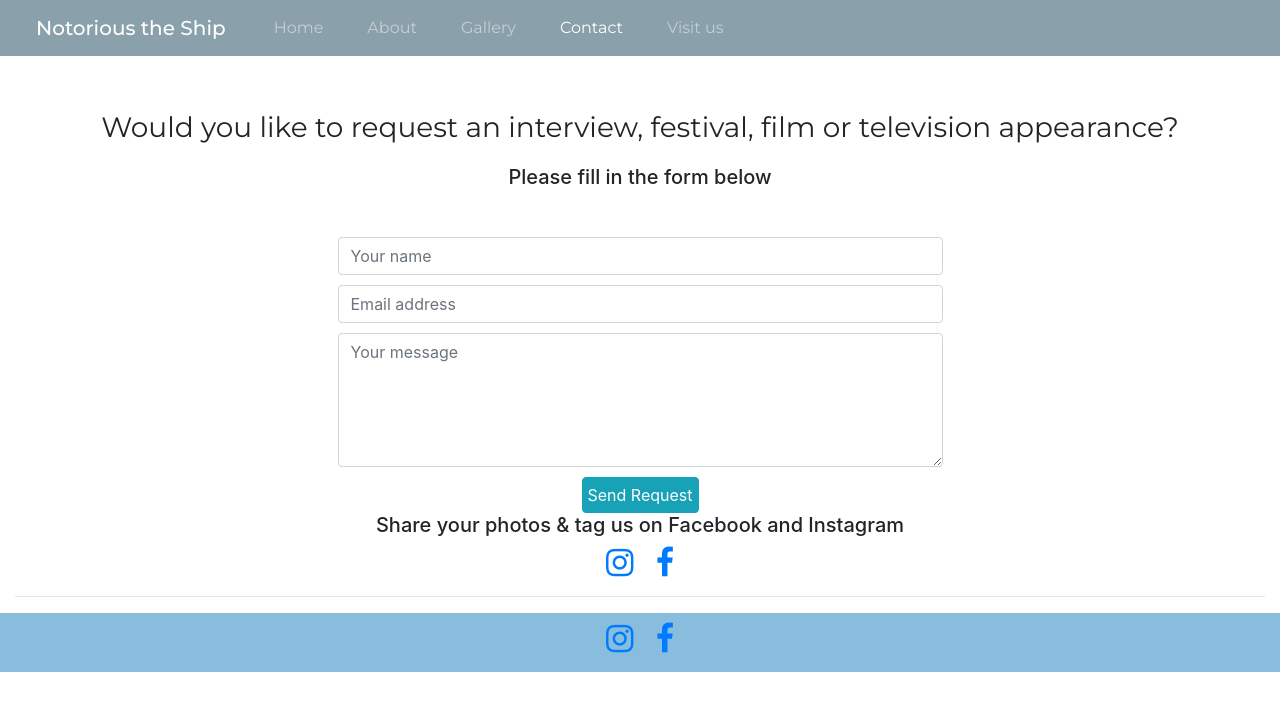
Repository: TSRose/NotorioustheShip
Page: contact.html
The author's editor kept a record of every edit. The page is drawn from the files as they stood at one moment, then again after the next edit.
The browser window is 1280 px wide. The pictures show the whole page.

Above is the page before.

### contact.html
<!DOCTYPE html>
<html lang="en">

<head>
    <meta charset="UTF-8">
    <meta name="viewport" content="width=device-width, initial-scale=1.0">
    <meta http-equiv="X-UA-Compatible" content="ie=edge">
    <link rel="stylesheet" href="https://stackpath.bootstrapcdn.com/bootstrap/4.3.1/css/bootstrap.min.css" type="text/css" />
    <link rel="stylesheet" href="https://stackpath.bootstrapcdn.com/font-awesome/4.7.0/css/font-awesome.min.css">
    <link rel="stylesheet" href="assets/css/style.css" type="text/css">

    <title>Notorious the Ship</title>
</head>

<body>
    <nav class="navbar navbar-dark navbar-expand-sm">
        <a href="index.html" class="navbar-brand">Notorious the Ship</a>
        <button class="navbar-toggler ml-auto" type="button" data-toggle="collapse" data-target="#navbarNavDropdown" aria-controls="navbarNavDropdown" aria-expanded="false" aria-label="Toggle navigation">
      <span class="navbar-toggler-icon"></span></button>
        <div class="collapse navbar-collapse" id="navbarNavDropdown">
            <ul class="navbar-nav mr-auto">
               <li class="nav-item mr-2"><a class="nav-link" href="index.html">Home</a></li>
                <li class="nav-item mr-2"><a class="nav-link" href="about.html">About</a></li>
                <li class="nav-item mr-2"><a class="nav-link" href="gallery.html">Gallery</a></li>
                <li class="active nav-item mr-2"><a class="nav-link" href="contact.html">Contact</a></li>
                <li class="nav-item mr-2"><a class="nav-link" href="open.html">Visit us</a></li>
            </ul>
            </div>
    </nav>

    <section class="container-fluid">
        <div class="row bg-color-contact">
            <div class="col-12">
                <h3 class="contact-heading text-center"> Would you like to request an interview, festival, film or television appearance?</h3>
                <h5 class="text-center">Please fill in the form below </h5>
                <div class="center-form">
                    <form>
                        <input type="text" name="name" id="fullname" class="form-control" placeholder="Your name" required />
                        <input type="email" name="email" id="emailaddress" class="form-control" placeholder="Email address" required />
                        <textarea rows="5" name="websitemessage" id="websitemessage" class="form-control" placeholder="Your message" required /></textarea>
                        <div class="form-row text-center">
                            <div class="col-12">
                                <button type="button" class="btn btn-info">Send Request</button>
                            </div>
                        </div>
                    </form>
                </div>
                <h5 class="text-center ">
                    Share your photos & tag us on Facebook and Instagram</h5>
                    <ul class="list-inline social-links">
                    <li class="list-inline-item">
                        <a target="_blank" href="http://instagram.com/notoriousship">
                        <i class="fa fa-instagram fa-2x" aria-hidden="true"></i>
                        <span class="sr-only">Instagram</span>
                        </a>
                    </li>
                    <li class="list-inline-item">
                        <a target="_blank" href="http://facebook.com/notorioustheship">
                        <i class="fa fa-facebook fa-2x" aria-hidden="true"></i>
                        <span class="sr-only">Facebook</span>
                        </a>
                    </li>
                </ul>
                <hr>
            </div>
        </div>
    </section>
 <!---------------------------footer----->
    <footer class="container-fluid footer">
        <div id="footer-details" class="row">
            <div class="col-12">
                <ul class="list-inline social-links">
                    <li class="list-inline-item">
                        <a target="_blank" href="http://instagram.com/notoriousship">
                        <i class="fa fa-instagram fa-2x" aria-hidden="true"></i>
                        <span class="sr-only">Instagram</span>
                        </a>
                    </li>
                    <li class="list-inline-item">
                        <a target="_blank" href="http://facebook.com/notorioustheship">
                        <i class="fa fa-facebook fa-2x" aria-hidden="true"></i>
                        <span class="sr-only">Facebook</span>
                        </a>
                    </li>
                </ul>
            </div>
        </div>
    </footer>

    <script src="https://code.jquery.com/jquery-3.3.1.slim.min.js" integrity="sha384-q8i/X+965DzO0rT7abK41JStQIAqVgRVzpbzo5smXKp4YfRvH+8abtTE1Pi6jizo" crossorigin="anonymous"></script>
    <script src="https://cdnjs.cloudflare.com/ajax/libs/popper.js/1.14.7/umd/popper.min.js" integrity="sha384-UO2eT0CpHqdSJQ6hJty5KVphtPhzWj9WO1clHTMGa3JDZwrnQq4sF86dIHNDz0W1" crossorigin="anonymous"></script>
    <script src="https://stackpath.bootstrapcdn.com/bootstrap/4.3.1/js/bootstrap.min.js" integrity="sha384-JjSmVgyd0p3pXB1rRibZUAYoIIy6OrQ6VrjIEaFf/nJGzIxFDsf4x0xIM+B07jRM" crossorigin="anonymous"></script>

</body>

</html>

### assets/css/style.css
@import url('https://fonts.googleapis.com/css?family=Montserrat:100,200,300,400,500,600,700|Roboto:100,200,300,400,500,600,700');

body {
    margin: 10;
    padding: 0;
}

header {
    margin: 0;
}

.footer {
    background-color: #89bddd;
    border-color: #89bddd;
}

h2 {
    margin-bottom: 20px;
}

/*-------------------------------- navbar */

.navbar-brand {
    font-family: "Montserrat", sans-serif;
    color: #fafafa;
    margin: 0 20px;
    font-weight: 500;
}

.nav-item {
    color: #fafafa;
    font-family: "Montserrat", sans-serif;
    margin: 0 20px;
}

.list-inline {
    text-align: center;
}

.navbar {
    color: #aaa;
    background-color: #8aa0aa;
    margin-bottom: 0;
    border: 0;
    width: 100%;
}

.navbar .navbar-toggler {
    border: 0;
}

/*---------------------------------Landing ----*/

.landing-container {
    height: 100VH;
    background: url("../images/notorious_portdouglas_xsm_crop.jpg") no-repeat center center fixed;
    -webkit-background-size: cover;
    -moz-background-size: cover;
    -o-background-size: cover;
    background-size: cover;
    display: flex;
    align-items: center;
    justify-content: center;
    position: relative;
}

@media (min-width: 576px) {
    .landing-container {
        background: url("../images/notorious_portdouglas_sm_crop.jpg") no-repeat center right fixed;
    }
}

@media (min-width: 768px) {
    .landing-container {
        background: url("../images/notorious_portdouglas_md_crop.jpg") no-repeat center right fixed;
    }
}

@media (min-width: 992px) {
    .landing-container {
        background: url("../images/notorious_portdouglas.PNG") no-repeat center left fixed;
    }
}

.text-uppercase {
    text-transform: uppercase;
}

.landing-subheading {
    padding: 0 0px;
    text-align: left;
}

/*--------------------------------Jumbotron*/

.absolute {
    position: absolute;
    height: 100VH;
    width: 100VW;
    padding: 7%;
}

.jumbotron {
    background-color: transparent;
    padding: 0;
    color: #fafafa;
    height: 100VH;
}

.jumbotron-header {
    font-weight: bold;
    margin-bottom: 35px;
    margin: 50px;
    text-transform: capitalize;
    padding: 50px;
}


/*--------------------------------------- contact form*/

.contact-heading {
    font-family: "Montserrat", sans-serif;
    font-weight: 200;
    padding-top: 30px;
    margin-top: 25px;
    margin-bottom: 15px;
}

.center-form {
    padding: 0 10px;
    margin: 0 auto;
    max-width: 70%;
}

button[type="submit"] {
    margin-top: 15px;
    margin-bottom: 20px;
    color: #fafafa;
    background-color: #3498db;
}

.btn {
    padding: 5px;
}

.form-control {
    margin: 10px 0;
}

.share {
    margin: 25px 0;
}

@media(max-width: 991px) {
    .center-form {
        padding-top: 30px;
        min-height: 240px;
        margin: 0 auto;
        max-width: 70%;
    }
}

@media(min-width: 992px) {
    .center-form {
        padding-top: 30px;
        min-height: 240px;
        margin: 0 auto;
        max-width: 50%;
    }
}

@media(min-width: 992px) {
    .contact-heading {
        font-family: "Montserrat", sans-serif;
        font-weight: 400;
        margin-top: 25px;
        margin-bottom: 20px;
    }
}

/*-----------------------------------About*/

.about-container {
    margin: 15px;
}

.article-wrapper {
    margin-right: 50px;
}

.theshipimage {
    background: url("../images/notorious_on_anchor.PNG");
    background-position: left;
    background-repeat: no-repeat;
    display: inline-block;
    width: 300px;
    height: auto;
    transition: all .5s ease-in-out;
    -moz-transition: all .5s ease-in-out;
    -webkit-transition: all .5s ease-in-out;
    margin: 0 15;
}

.thebuilderimage {
    background: url("../images/graemewylie.jpg");
    background-position: left;
    background-repeat: no-repeat;
    background-size: cover;
    display: block;
    width: 300px;
    height: auto;
    transition: all .5s ease-in-out;
    -moz-transition: all .5s ease-in-out;
    -webkit-transition: all .5s ease-in-out;
}

.thehistoryimage {
    background: url("../images/portuguesecaravelmodel.jpg");
    background-position: left;
    background-repeat: no-repeat;
    background-size: cover;
    display: block;
    width: auto;
    height: 300px;
    max-height: 300px;
    transition: all .5s ease-in-out;
    -moz-transition: all .5s ease-in-out;
    -webkit-transition: all .5s ease-in-out;
}

.article-container {
    margin: 30px;
}

/*-----------------------------------Open Days*/
.opendays {

}

/*-----------------------------------Gallery*/

.gallery-container {
    padding: 20px 0;
}

.image-padding {
    padding: 5px;
}

.zoom {
    width: 100%;
    height: 200px;
    border-radius:5px;
    background-size: cover;
    -webkit-transition: all .3s ease-in-out;
    -moz-transition: all .3s ease-in-out;
    -o-transition: all .3s ease-in-out;
    -ms-transition: all .3s ease-in-out;
}


.transition {
    -webkit-transform: scale(1.2);
    -moz-transform: scale(1.2);
    -o-transform: scale(1.2);
    transform: scale(1.2);
}
    .modal-header {

     border-bottom: none;
}
    .modal-title {
        color:#000;
    }
    .modal-footer{
      display:none;
    }


/*-----------------------------------Footer*/

.social-links {
    margin-top: 10px;
    padding-bottom: 0px;
}

.list-inline-item {
    padding-left: 5px;
    padding-right: 5px;
}

After the next edit:
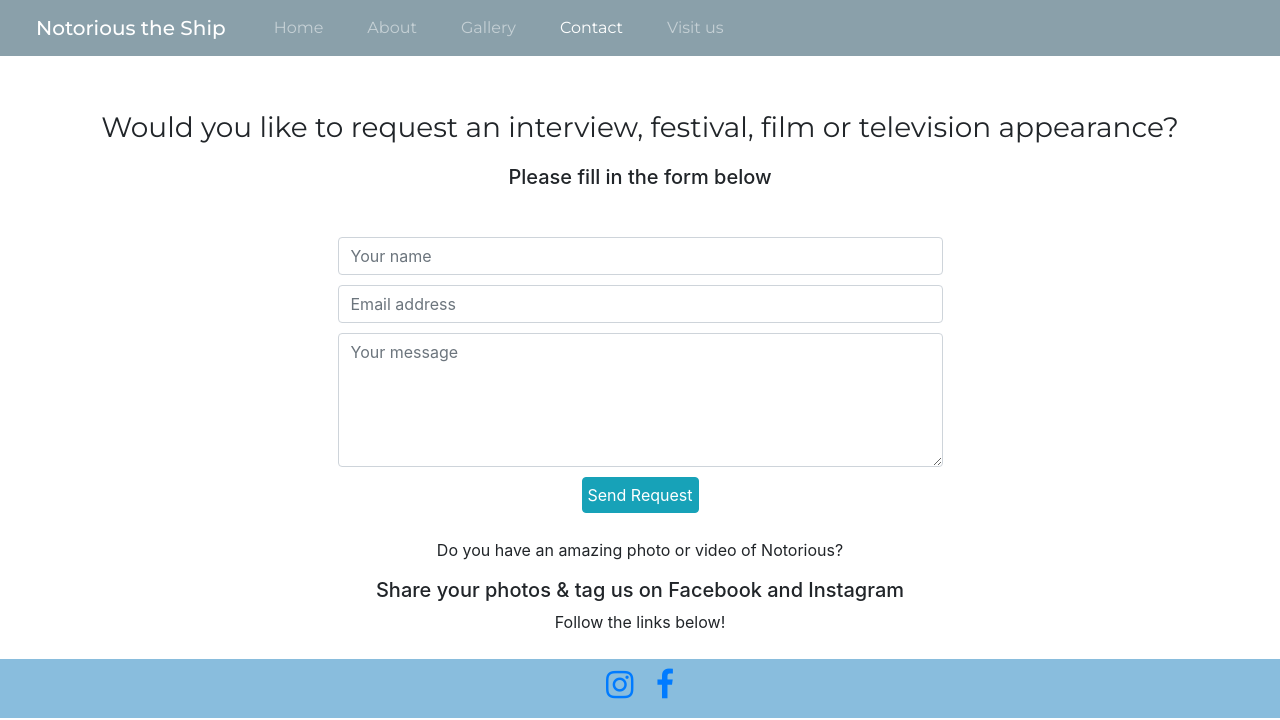
The edit:
--- a/contact.html
+++ b/contact.html
@@ -19,13 +19,13 @@
       <span class="navbar-toggler-icon"></span></button>
         <div class="collapse navbar-collapse" id="navbarNavDropdown">
             <ul class="navbar-nav mr-auto">
-               <li class="nav-item mr-2"><a class="nav-link" href="index.html">Home</a></li>
+                <li class="nav-item mr-2"><a class="nav-link" href="index.html">Home</a></li>
                 <li class="nav-item mr-2"><a class="nav-link" href="about.html">About</a></li>
                 <li class="nav-item mr-2"><a class="nav-link" href="gallery.html">Gallery</a></li>
                 <li class="active nav-item mr-2"><a class="nav-link" href="contact.html">Contact</a></li>
                 <li class="nav-item mr-2"><a class="nav-link" href="open.html">Visit us</a></li>
             </ul>
-            </div>
+        </div>
     </nav>
 
     <section class="container-fluid">
@@ -45,27 +45,14 @@
                         </div>
                     </form>
                 </div>
-                <h5 class="text-center ">
-                    Share your photos & tag us on Facebook and Instagram</h5>
-                    <ul class="list-inline social-links">
-                    <li class="list-inline-item">
-                        <a target="_blank" href="http://instagram.com/notoriousship">
-                        <i class="fa fa-instagram fa-2x" aria-hidden="true"></i>
-                        <span class="sr-only">Instagram</span>
-                        </a>
-                    </li>
-                    <li class="list-inline-item">
-                        <a target="_blank" href="http://facebook.com/notorioustheship">
-                        <i class="fa fa-facebook fa-2x" aria-hidden="true"></i>
-                        <span class="sr-only">Facebook</span>
-                        </a>
-                    </li>
-                </ul>
-                <hr>
+                <div class="text-center share">
+                    <p>Do you have an amazing photo or video of Notorious?</p>
+                    <h5>Share your photos & tag us on Facebook and Instagram</h5>
+                    <p>Follow the links below!</p>
+                </div>
             </div>
-        </div>
     </section>
- <!---------------------------footer----->
+    <!---------------------------footer----->
     <footer class="container-fluid footer">
         <div id="footer-details" class="row">
             <div class="col-12">
